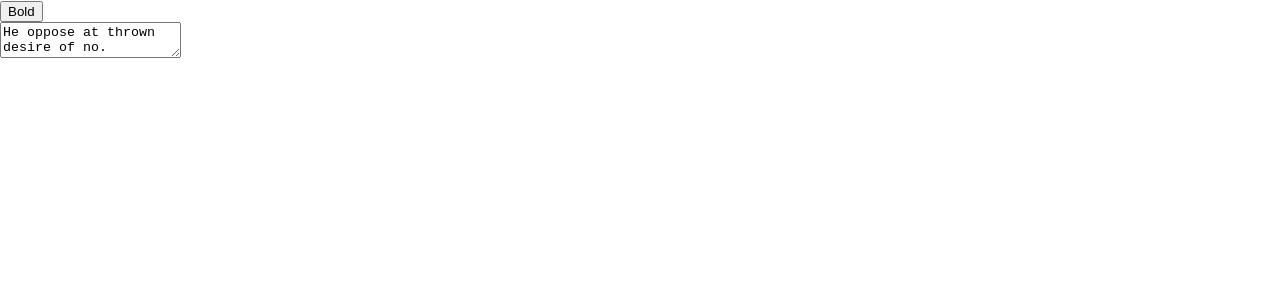
Repository: Farbod29/React-text-highlighter-with-hook-
Page: /
An editor plug-in stored every save of this project. The page is shown before and after the next save, followed by the edit.
The browser window is 1280 px wide. The pictures show the whole page.
The project was rebuilt for these pictures with package versions that can differ from the ones it lists, and the page was loaded fresh each time.

Above is the page before, as saved 2022-02-19 09:14:28.

### src/App.js
// import './App.css';
// import Highlighter from './highlighter';
// function App() {
//   return (
//     <div className="App">
//       <Highlighter />
//     </div>
//   );
// }
// https://stackoverflow.com/questions/38810767/how-can-you-get-highlighted-text-window-getselection-in-reactjs
import React, { useEffect, useState } from 'react';

class App extends React.Component {
  constructor(props) {
    super(props);
    this.state = {
      comment:
        'He oppose at thrown desire of no. Announcing impression unaffected day his are unreserved indulgence.She oppose at thrown desire of no..',
    };
    this.onClickMakeBold = this.onClickMakeBold.bind(this);
  }

  render() {
    return (
      <div>
        <button onClick={this.onClickMakeBold}>Bold</button>
        <div>
          <textarea ref="textarea">{this.state.comment}</textarea>
        </div>
      </div>
    );
  }

  onClickMakeBold() {
    console.log(getSelectionText());
  }
}
function getSelectionText() {
  var text = '';
  if (window.getSelection) {
    text = window.getSelection().toString();
  } else if (document.selection && document.selection.type != 'Control') {
    text = document.selection.createRange().text;
  } else {
    alert('no');
  }
  return text;
}

// React.render(<TextArea />, document.getElementById('container'));
export default App;

Loaded but not shown: public/index.html (common file); src/index.js (common file); src/index.css (common file); src/reportWebVitals.js (common file)

After the next save:
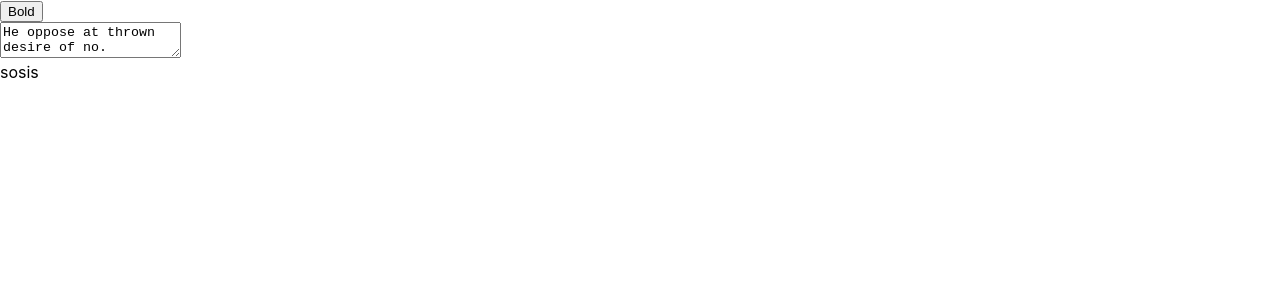
Saved 67 s later.
--- a/src/App.js
+++ b/src/App.js
@@ -26,6 +26,7 @@
         <button onClick={this.onClickMakeBold}>Bold</button>
         <div>
           <textarea ref="textarea">{this.state.comment}</textarea>
+          <div>sosis</div>
         </div>
       </div>
     );

After the save that followed:
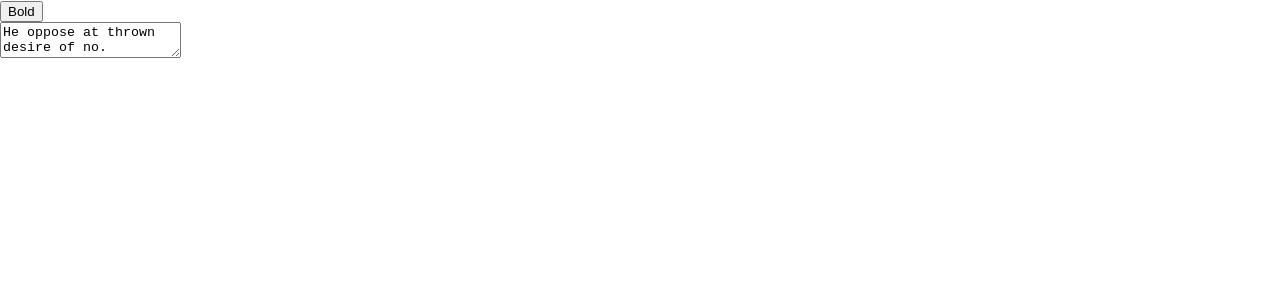
Saved 50 s later.
--- a/src/App.js
+++ b/src/App.js
@@ -26,7 +26,7 @@
         <button onClick={this.onClickMakeBold}>Bold</button>
         <div>
           <textarea ref="textarea">{this.state.comment}</textarea>
-          <div>sosis</div>
+          <div>{this.onClickMakeBold}</div>
         </div>
       </div>
     );
@@ -34,6 +34,7 @@
 
   onClickMakeBold() {
     console.log(getSelectionText());
+    return getSelectionText();
   }
 }
 function getSelectionText() {
